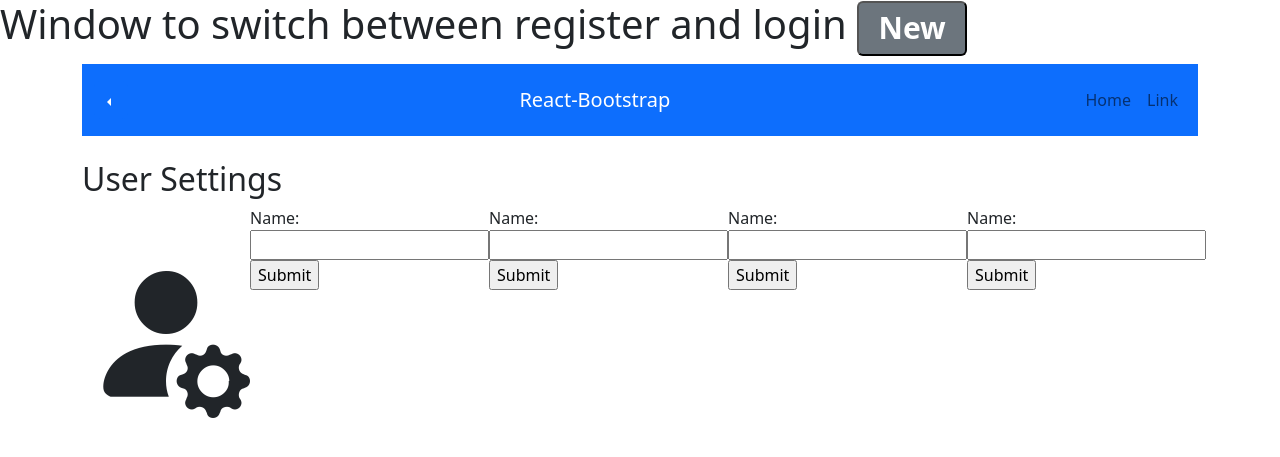
Repository: christenis98/RealWorldApp
Page: / (app in bank-frontend/)
These files come from the project's save history. The page is drawn as it stood at one moment and after the next save; the edit follows.
The browser window is 1280 px wide. The pictures show the whole page.
The project was rebuilt for these pictures with package versions that can differ from the ones it lists, and the page was loaded fresh each time. Also part of the build but not shown: bank-frontend/src/App.css.

Above is the page before, as saved 2022-11-24 12:40:40.

After the next save:
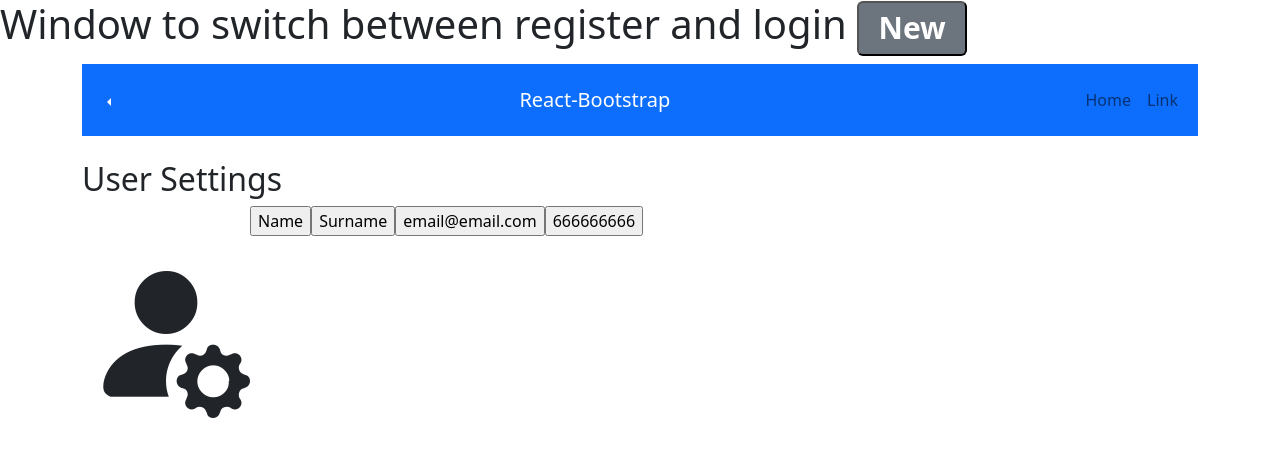
Saved 78 s later.
--- a/bank-frontend/src/js/UserSettings.jsx
+++ b/bank-frontend/src/js/UserSettings.jsx
@@ -10,32 +10,16 @@ function UserSettings() {
             <div className="d-flex flex-row bd-highlight">
                 <i className="bi bi-person-fill-gear" style={{ fontSize: "1050%" }}></i>
                 <div className="">
-                    <label>
-                        Name:
-                        <input type="text" name="name" />
-                    </label>
-                    <input type="submit" value="Submit" />
+                    <input type="submit" value="Name" />
                 </div>
                 <div className="">
-                    <label>
-                        Name:
-                        <input type="text" name="name" />
-                    </label>
-                    <input type="submit" value="Submit" />
+                    <input type="submit" value="Surname" />
                 </div>
                 <div className="">
-                    <label>
-                        Name:
-                        <input type="text" name="name" />
-                    </label>
-                    <input type="submit" value="Submit" />
+                    <input type="submit" value="email@email.com" />
                 </div>
                 <div className="">
-                    <label>
-                        Name:
-                        <input type="text" name="name" />
-                    </label>
-                    <input type="submit" value="Submit" />
+                    <input type="submit" value="666666666" />
                 </div>
             </div>
         </div>
